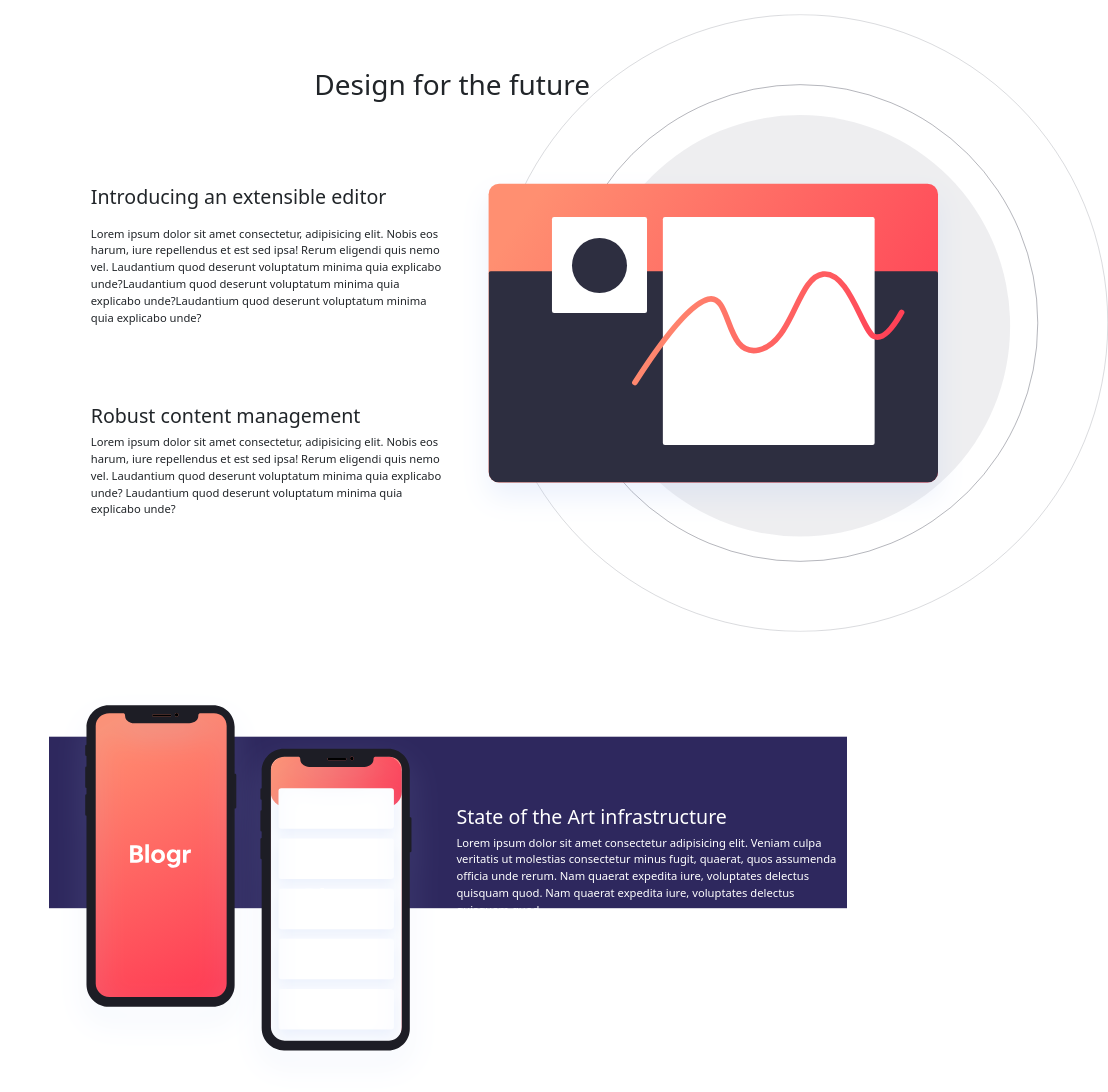
Repository: badhon252/blogr-landing-page
Page: /
These files come from the project's save history. The page is drawn as it stood at one moment and after the next save; the edit follows.
The browser window is 1280 px wide. The page is 1583 px wide, so the pictures cover 1583 px, including what lies to the right of the window. The pictures show the part of the page from y = 639 to 2199 px (the page is 2199 px tall before and 2189 px after), at 70% of full size.
The project was rebuilt for these pictures with package versions that can differ from the ones it lists, and the page was loaded fresh each time.

Above is the page before, as saved 2022-01-18 20:56:12.

After the next save:
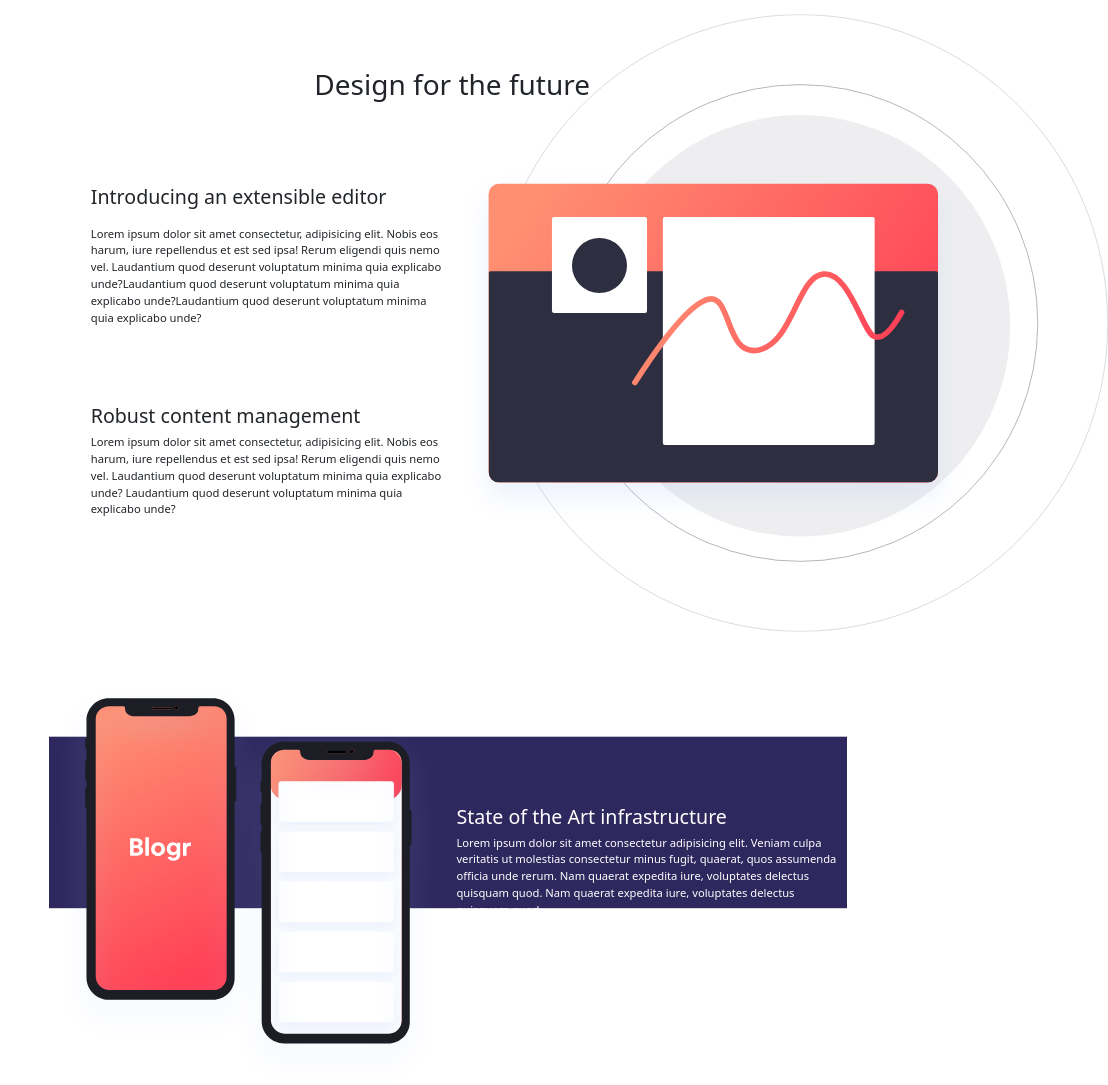
Saved 79 s later.
--- a/src/components/styles/index.css
+++ b/src/components/styles/index.css
@@ -53,5 +53,5 @@
   margin-top: 50px;
 }
 .fact-img {
-  margin-top: -65px;
+  margin-top: -75px;
 }
